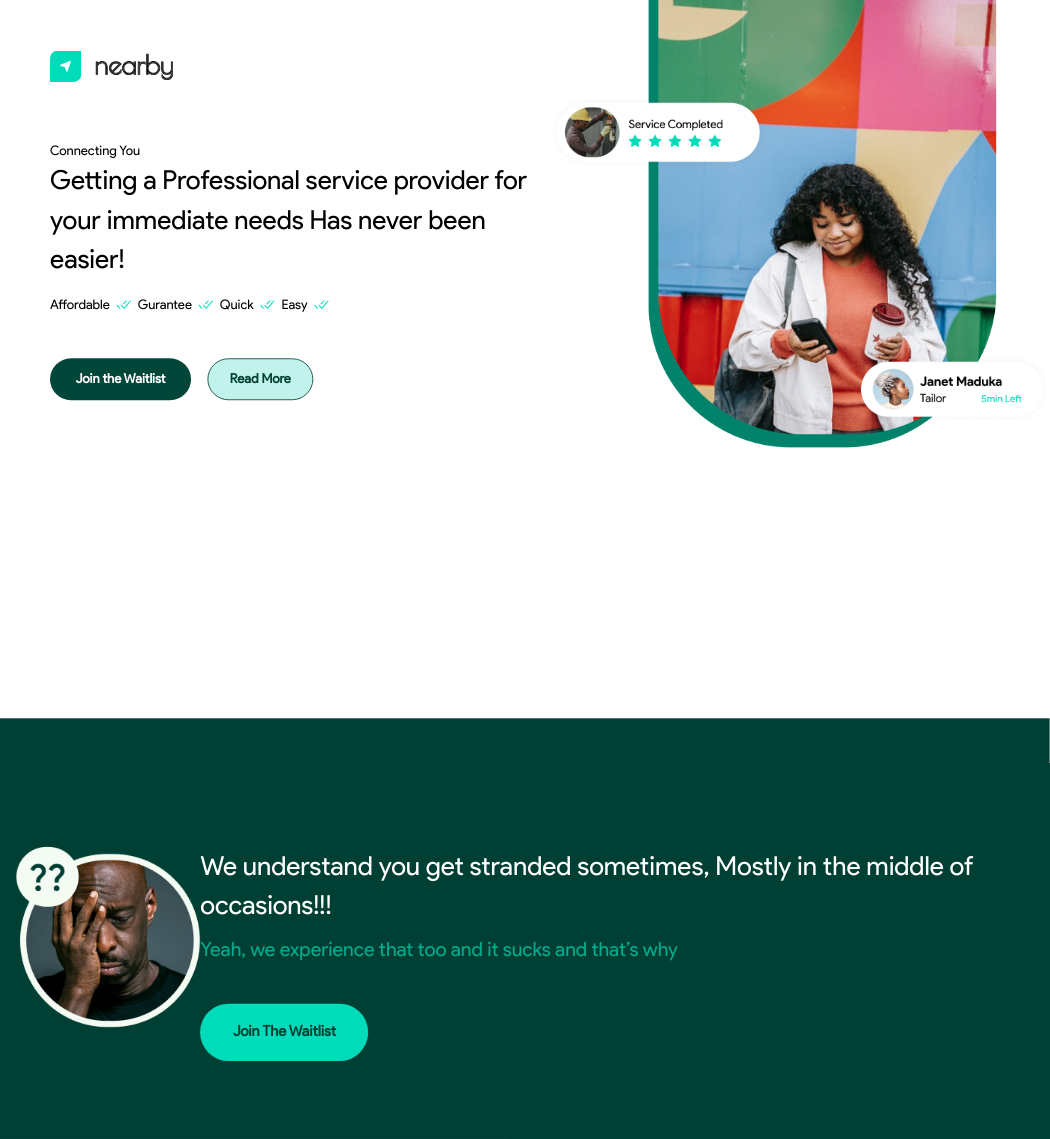
Repository: Eugene44-hub/Mearby
Page: /
The author's editor kept a copy of each file at every save. The page is drawn from the files as they stood at one save, then again after a run of saves.
The browser window is 1280 px wide. The pictures show the whole page, at 82% of full size.
The project was rebuilt for these pictures with package versions that can differ from the ones it lists, and the page was loaded fresh each time.

Above is the page before, as saved 2022-04-30 07:18:58.

### src/App.tsx
import React from 'react';
import Hero from './components/hero/Hero';
import Nav from './components/nav/Nav';
import LandingPage from './pages/landing/LandingPage';

function App() {
  return (
   <>
<Nav/>
<LandingPage/>
</>

);
}

export default App;

### src/components/nav/Nav.tsx
import React from 'react';
import send from '../../assets/images/send.svg';
import nearby from '../../assets/images/nearby logo.svg';
import styles from "./Nav.module.css"
const Nav = () => {
	return (
		<nav className={`md:h-auto h-[96.57px] ${styles.nav} flex`}>
			<header className="m-auto block md:hidden">
				<div className="flex justify-center">
					<img
						src={send}
						className="bg-[#00DCBA] mr-[16.79px] p-3 rounded-tl-[8.91471px] rounded-br-[8.91471px]"
						alt="send"
					/>
					<img src={nearby} alt="send" />
				</div>
			</header>
		</nav>
	);
};

export default Nav;

### src/pages/landing/LandingPage.tsx
import React from 'react'
import Hero from '../../components/hero/Hero';
import Understand from '../../components/understand/Understand';
const LandingPage = () => {
  return (
    <>

    <Hero/>
    <Understand/>
    </>
  )
}

export default LandingPage

### src/components/nav/Nav.module.css
@media screen and (max-width:768px) {
    .nav{
/* display: none; */
/* bg-[#014034] */
background-color:#014034;
}
}

### src/components/hero/Hero.tsx
import React from 'react';
import styles from './Hero.module.css';
import checked from '../../assets/images/checked.png';
import heroImg from '../../assets/images/heroImg.png';
import send from '../../assets/images/send.svg';
import nearby from '../../assets/images/nearbyDark.svg';

const Hero = () => {
	const minorText: string[] = [ 'affordable', 'gurantee', 'quick', 'easy' ];
	return (
		<section className=" md:pl-[61px]">
			<div className={`${styles.container} md:flex justify-between`}>
				<div className={`${styles.heroContainer} mb-[3rem] flex flex-wrap md:w-[50%]`}>
					<div className="md:flex w-[20%] hidden mt-[62px] items-center">
						<img
							src={send}
							className="bg-[#00DCBA] w-[100%] mr-[16.79px] p-3 rounded-tl-[8.91471px] rounded-br-[8.91471px]"
							alt="send"
						/>
						<img src={nearby} alt="send" />
					</div>

					<div className="m-auto">
						<h2 className={` ${styles.connectHead} flex items-end md:h-[95.5px]`}>Connecting You</h2>
						<p className={`text-[2rem] ${styles.connectText}`}>
							Getting a Professional service provider for your immediate needs Has never been easier!
						</p>
					</div>

					<ul className={`${styles.connectList} mt-5 flex justify-between `}>
						{minorText.map((item, index) => (
							<li key={index} className="flex items-center capitalize mr-2">
								{item} <img src={checked} className="w-[18px] ml-2" alt="checked" />
							</li>
						))}
					</ul>

					<div className="w-[100%] md:pt-[53px] md:px-0 p-5">
						<button className="bg-[#004639] font-bold w-[172px] h-[51px] text-white mr-5 rounded-[50px]">
							Join the Waitlist
						</button>
						<button className="bg-[#C1F2EB] font-bold w-[129px] h-[51px] rounded-[50px] text-[#004034] border border-[#004034] capitalize">
							read more
						</button>
					</div>
				</div>
				<div className="md:w-[50%]">
					<img src={heroImg} className={styles.heroImg} alt="" />
				</div>
			</div>
		</section>
	);
};

export default Hero;
// wKcVoY0oBaK0dDUj5
// yX2Q8nskPsN4AjVkAPMBM

### src/components/understand/Understand.tsx
import React from 'react'
import understand from "../../assets/images/understand.png"
import WaitLight from "../../components/Buttons/WaitLight"
const Understand = () => {
  return (
    <div className='bg-[#004034] px-5 pt-[9.75rem] md:flex  relative mt-[20rem]'>

  <img src={understand} className=" absolute block md:hidden translate-x-[-50%] left-[50%] top-[-20%]" alt="understand" />
  <div className='30%'>
  <img src={understand} className=" w-[100%]"alt="understand" />

  </div>

<div className=''>
<div>
  <p className='text-[2rem] text-white'>
  We understand you get stranded sometimes, Mostly in the middle of occasions!!!
  </p>
  <p className='mt-3 text-[1.5rem] text-[#01AB8B] '>
  Yeah, we experience that too and it sucks and that’s why  </p>
</div>

<div className='pt-[3rem] pb-[5.938rem]'>
<WaitLight/>
</div>

</div>



    </div>
  )
}

export default Understand

### src/components/hero/Hero.module.css
.container{
height: 812px;
background-image: url(../../assets/images/mobileHero.png);
background-repeat: no-repeat;
background-position: center;
background-size: 133% 100%;
}


.heroImg{
    display: none;
    width: 100%;
}
.heroContainer{
    /* background-color: black; */
    color: white;

}
.connectHead,.connectText,.connectList{
    padding: 20px;

}
@media screen and (min-width:600px) {
    .container{
    background-image:none;
    height: auto;
}
.connectHead{
    background-color: none;
}
.heroImg{
    display: block;
}
.connectHead{
    background-color: none;
}
.heroContainer{
    /* background-color: black; */
    color: black ;
}

}

@media screen and (min-width:768px) {
    .connectHead,.connectText,.connectList{
        padding: 0px;
    }

}


@media screen and (max-width:600px){
.connectHead{
    background-color: #004034;
}

}
/* .minorTxt{
} */
/* linear-gradient(rgba(0, 64, 52, 1), rgba(0, 57, 64, 0)) */
/* linear-gradient(rgba(0, 64, 52, 1),rgba(0, 64, 52, 1)) */

### src/components/Buttons/WaitLight.tsx
import React from 'react'
import styles from "./Button.module.css"

const Wait = () => {
  return (
    <button className={`${styles.light} capitalize`}>Join the waitlist</button>

  )
}

export default Wait

### src/components/Buttons/Button.module.css
    .light {
        background-color: #00DCBA;
        color: #004034;
        width: 205px;
        font-size: 1.125rem;
    }

    .dark {
        background-color: #004639;
        color: #004034;
        font-size: "1rem";
        width: 192px;
    }

    .light,
    .dark {
        height: 70px;
        border-radius: 50px;
        font-weight: bold;
    }

Loaded but not shown: public/index.html (common file); src/index.tsx (common file); src/index.css (common file); tailwind.config.js (common file)

After the next 3 saves:
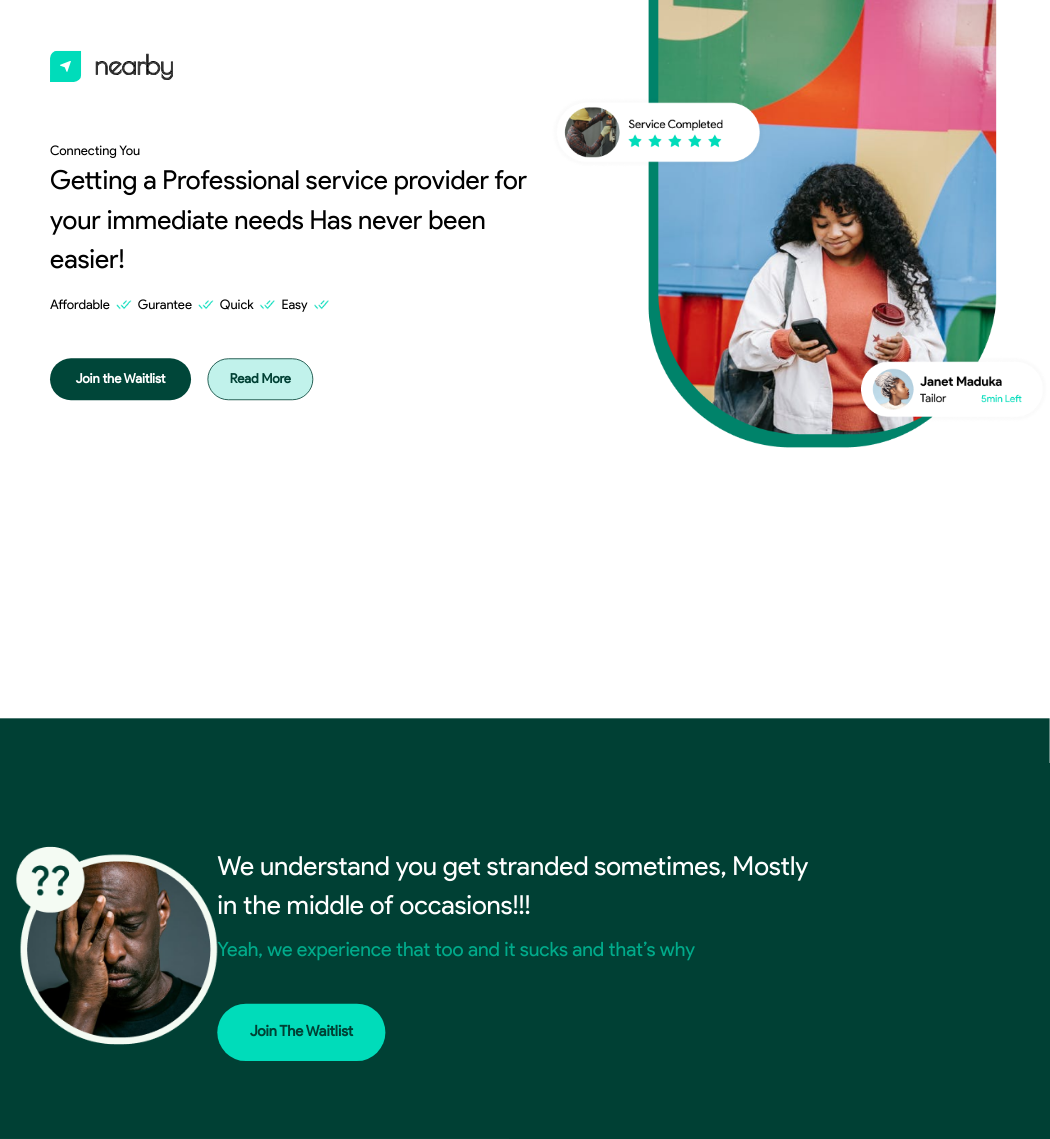
The 3 saves are shown as one change because they came seconds apart.
The last was saved 9 s later.
--- a/src/components/understand/Understand.tsx
+++ b/src/components/understand/Understand.tsx
@@ -11,7 +11,7 @@ const Understand = () => {
 
   </div>
 
-<div className=''>
+<div className='w-[60%]'>
 <div>
   <p className='text-[2rem] text-white'>
   We understand you get stranded sometimes, Mostly in the middle of occasions!!!
